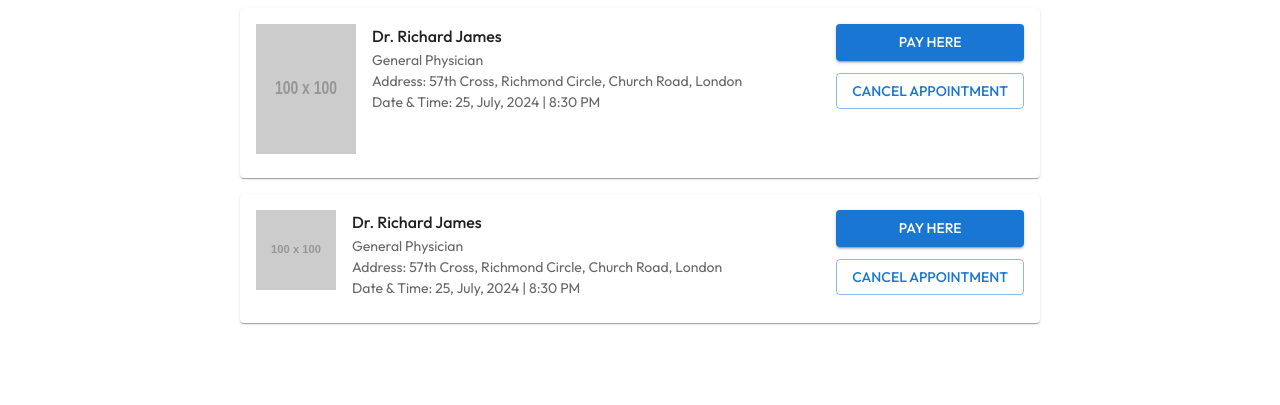
Repository: Ali-Dmerdash/DEPI_GRAD
Page: /
These files come from the project's save history. The page is drawn as it stood at one moment and after the next save; the edit follows.
The browser window is 1280 px wide. The pictures show the whole page.
The project was rebuilt for these pictures with package versions that can differ from the ones it lists, and the page was loaded fresh each time. Also part of the build but not shown: vite.config.ts.

Above is the page before, as saved 2024-10-08 20:44:10.

After the next save:
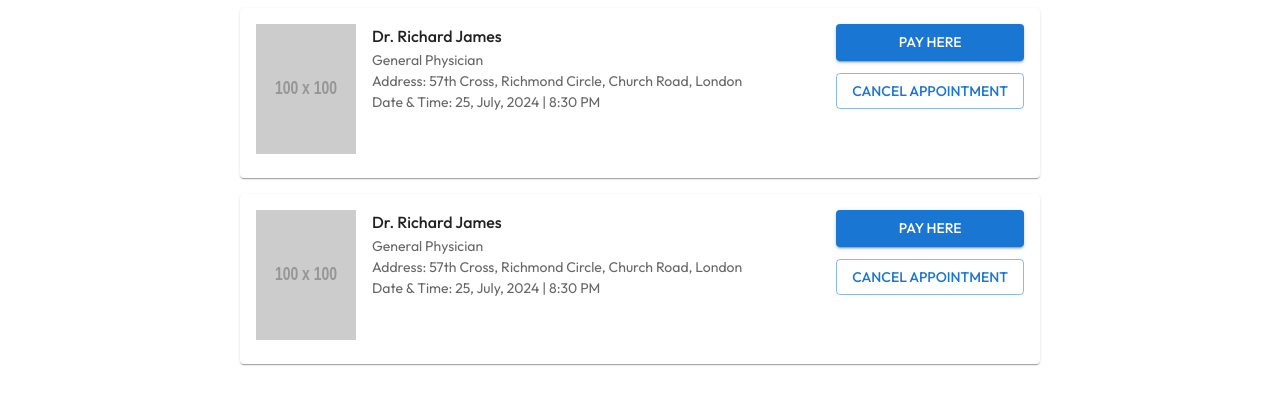
Saved 15 s later.
--- a/src/pages/myappointment/index.tsx
+++ b/src/pages/myappointment/index.tsx
@@ -52,7 +52,7 @@ const MyAppointment: React.FC = () => {
             <img
               src="https://via.placeholder.com/100"
               alt="Doctor"
-              style={{ width: "80px", height: "80px", marginRight: "16px" }}
+              style={{ width: "100px", height: "130px", marginRight: "16px" }}
             />
             <Box flexGrow={1}>
               <Typography variant="h6" fontSize="16px">
